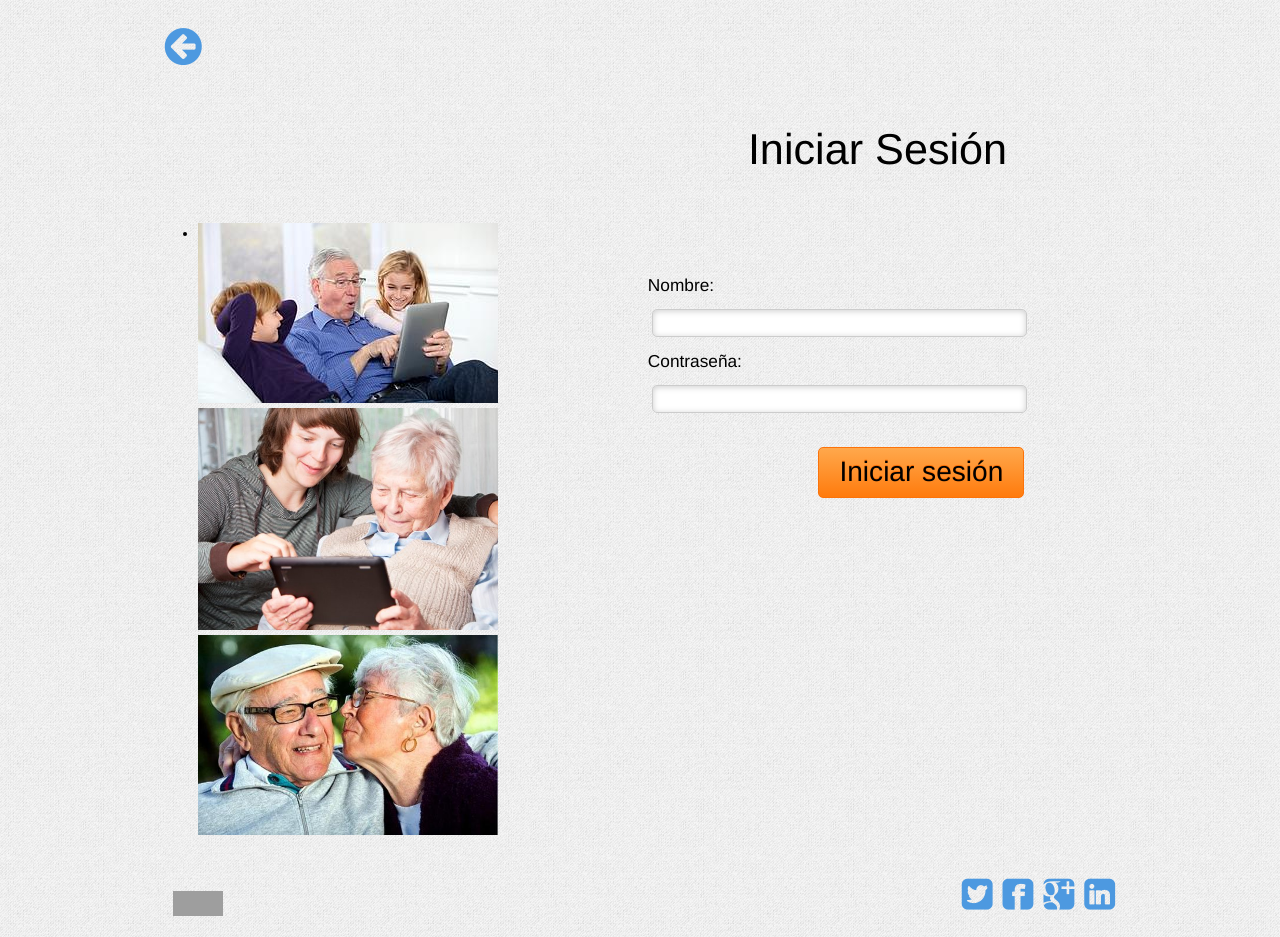
Repository: SCeruso/RememberMe
Page: iniciarSesion.html
The author's editor kept a record of every edit. The page is drawn from the files as they stood at one moment, then again after the next edit.
The browser window is 1280 px wide. The pictures show the whole page.
Pictures or frames that could not be fetched are drawn as grey boxes. Some web libraries are served in a nearby version.

Above is the page before.

### iniciarSesion.html
<!DOCTYPE html>
<html>
<head>
	<!-- META -->
	<title>HTML KickStart Elements</title>
	<meta charset="UTF-8">
	<meta name="viewport" content="width=device-width, initial-scale=1.0"/>
	<meta name="description" content="" />

	<!-- CSS -->
	<link rel="stylesheet" type="text/css" href="css/kickstart.css" media="all" />
	<link rel="stylesheet" type="text/css" href="style.css" media="all" />

	<!-- Javascript -->
	<script type="text/javascript" src="https://ajax.googleapis.com/ajax/libs/jquery/1.9.1/jquery.min.js"></script>
	<script type="text/javascript" src="js/kickstart.js"></script>
</head>
<body>
<div class="grid">
    <div class="col_12">
        <h2 class="left">
               <a href="bienvenido.html">
                  <i class="icon-circle-arrow-left"></i>
                </a>
        </h2>
    </div>
	<div class="col_12">
        <div class="col_6">
        </div>
        <div class="col_6">
            <h2 class="center">
                    <p>Iniciar Sesión</p>
            </h2>
         </div>
	</div>
    <div class="col_12">
        <div class="col_6">
            <ul class="slidershow">
                <li><img class="align-left" src="imagenes/domingo-saludable-mayores--300x180.jpg" width="300" height="250" />
                <li><img class="align-left" src="imagenes/chica_abuela.jpg" width="300" height="250" />
                <li><img class="align-left" src="galeria/pareja.jpg" width="300" height="250" />
            </ul>
            </p>
        </div>
        <br></br>
        <div class="col_6">
            <p>
                <h6><label for="nombre">Nombre:</label></h6>
                <input id="nombre" type="text" class="col_10"/>
            </p>
            <p>
                <h6><label for="email">Contraseña:</label></h6>
                <input id="contraseña" type="password" class="col_10" />
            </p>
            <div class="col_12">
                <div class="col_10">
                      <h5 style="margin-bottom:40px;" class="right">
                          <p><a class="large button orange" href="juegosde.html"><font color="black">Iniciar sesión</font></a></p>
                      </h5>
                 </div>
            </div>
        </div>
    </div>
    <div class="col_12">
        <div class="col_1">
            <br>
        <EMBED src = "imagenes/musica1.mp3" width="50" height = "25">
            </div>

        <h3 class="right">
            <a href = "http://www.twitter.com" target = "blank">
                <i class="icon-twitter-sign" title= "Twitter"></i></a>
            <a href = "http://www.facebook.com" target = "blank">
                <i class="icon-facebook-sign" title= "Facebook"></i></a>
            <a href = "http://www.google.com" target = "blank">
                <i class="icon-google-plus-sign" title= "Goole +"></i></a>
            <a href = "http://www.linkedin.com" target = "blank">
                <i class="icon-linkedin-sign" title= "Linkedin"></i></a>

        </h3>

    </div>
</div> <!-- End Grid -->
</body>
</html>

### style.css
/*
	99Lime.com HTML KickStart by Joshua Gatcke
	style.css

*/

/*---------------------------------
	IMPORTS
-----------------------------------*/
@import url(http://fonts.googleapis.com/css?family=Arimo:400,700);

/*---------------------------------
	OVERRIDES
-----------------------------------*/
h1,h2,h3,h4,h5,h6{
font-family: "Arimo", arial, verdana, sans-serif;
font-weight:normal;
}

thead th,
tbody th{
font-family: "Arimo", arial, verdana, sans-serif;
}

button,
a.btn,
input[type="submit"],
input[type="reset"],
input[type="button"]{
font-family: "Arimo", arial, verdana, sans-serif;
}

.menu{
font-family: "Arimo", arial, verdana, sans-serif;
}

blockquote{
font-family: "Arimo", arial, verdana, sans-serif;
}

/*---------------------------------
	LAYOUT
-----------------------------------*/
body{
margin:0;
padding:0 0 0 0;
color:#000;
/*background-repeat:repeat;*/
background:#efefef url(css/img/gray_jean.png);
/*background-size:cover;*/
/*background-image:url(css/img/gray_jean.png);*/
font:normal 0.9em/150% 'Arimo', arial, verdana, sans-serif;
text-shadow: 0 0 1px transparent; /* google font pixelation fix */
}

#wrap{
width:100%;
background:#fff;
margin:30px auto 30px auto;
padding:0 2%;
border:1px solid #ccc;
}


#footer{
text-align:center;
padding:20px;
margin:0;
border-top:1px solid #ddd;
color:#999;
font-size:0.8em;
text-shadow:0px 1px 1px #fff;
position: relative;
top:0;
left:0;
background:#fff;
}

	#link-top{
	display:none;
	}

/* NAV BAR*/
.navbar{
position:fixed;
top:0;
left:0;
width: 100%;
background:#000;
color:#fff;
z-index:1000;
}

	.navbar #logo{
	position:absolute;
	top:0;
	right:0;
	padding:0.5em 1em;
	font-size: 1.7em;
	color:#efefef;
	text-decoration:none;
	}

	.navbar span{
	color:#86dc00;
	}


	.navbar ul{
	display:inline-block;
	margin:0;
	padding:0;
	}

		.navbar li{
		margin:0;
		padding:0;
		list-style-type:0;
		display:inline-block;
		}

		.navbar li a{
		display:inline-block;
		color:#efefef;
		padding:1em 1.3em;
		text-decoration:none;
		text-transform: uppercase;
		line-height:100%;
		font-size: 1.2em;
		}

.callout{
background:#4598ef;/*#86dc00;*/
padding:3em 0;
color:#fff;
box-shadow:inset 0 0 10px rgba(0,0,0,0.2);
text-align: center;
text-shadow:0px 1px 3px rgba(0,0,0,0.2);
display:block;
}
	.callout + div.grid{margin-top:50px;}
	 a.callout{cursor:pointer;}
	 .callout i.icon-4x{font-size:6em;}
	 .callout h4{margin-bottom:30px;}
	 .callout-top{margin:50px 0 0 0;}
	 .callout p{margin-bottom:0;}
	 .callout .button{margin-top:10px;}
	 .callout.green{background:#19ad0b;/*#86dc00;*/}

#mc_embed_signup{
padding:30px 0;
}

#ui-preview{
border:5px solid #ddd;
margin:30px 0;
display:block;
}

### css/kickstart-forms.css
/*---------------------------------
	FORMS
-----------------------------------*/
form{
padding:0;
margin:0;
}

fieldset{
margin:30px 0 20px 0;
padding:5px 15px 15px 15px;
border:1px solid #ccc;
background:#f5f5f5;
-moz-border-radius:5px;
-webkit-border-radius:5px;
border-radius:5px;
position: relative;
top:0;
left:0;
}

	legend{
	-moz-border-radius:5px;
	-webkit-border-radius:5px;
	border-radius:5px;
	border:1px solid #ccc;
	background:#f5f5f5;
	padding:2px 10px;
	margin:0 0 0 0;
	display:block;
	position: relative;
	top:0;
	left:0;
	}

	/*IE ONLY - I know, this is a stop gap*/
	.msie fieldset{padding-top:25px;}
	.msie legend{position:absolute;top:-0.7em;left:10px;}

label{
display:inline-block;
*display:inline;
vertical-align: middle;
margin:0;
padding:0;
position:relative;
top:0;
left:0;
zoom:1;
-moz-box-sizing: border-box;
-webkit-box-sizing: border-box;
box-sizing: border-box;
}

	label.inline{
	display:inline;
	margin:0;
	}

	label span{
	color:#999;
	font-size:0.9em;
	}

	label span.right{
	position:absolute;
	bottom:0;
	right:0;
	text-align:right;
	display:inline-block;
	*display:inline;
	}

	label.disabled{
	color:#ccc;
	}

input{
display:inline-block;
*display:inline;
vertical-align: middle;
width:auto;
zoom:1;
margin:0;
border:1px solid #ccc;
font-size:1em;
padding:5px 0;
text-indent: 5px;
-moz-border-radius:5px;
-webkit-border-radius:5px;
border-radius:5px;
background:#fff;
-moz-box-shadow:inset 0 0 6px #ccc;
-webkit-box-shadow:inset 0 1px 6px #ccc;
box-shadow:inset 0 1px 6px #ccc;
-moz-box-sizing: border-box;
-webkit-box-sizing: border-box;
box-sizing: border-box;
}

	input::-webkit-input-placeholder,
	input:-moz-placeholder,
	.placeholder{
	color:#bbb;
	}

	input::-moz-focus-inner {border:0;}

	input[disabled="disabled"], input.disabled{
	color:#999;
	background:#f5f5f5;
	-moz-box-shadow:inset 0 0 2px #ddd;
	-webkit-box-shadow:inset 0 1px 2px #ddd;
	box-shadow:inset 0 1px 2px #ddd;
	}

	/* FOCUS STATES */
	input[type="text"]:focus,
	textarea:focus,
	button:focus,
	a.button:focus,
	select:focus,
	input[type="file"]:focus,
	input[type="password"]:focus{
	-webkit-box-shadow: 0 0 7px #6DB9FF;
	-moz-box-shadow   : 0 0 7px #6DB9FF;
	box-shadow        : 0 0 7px #6DB9FF;
	border: 1px solid #50B1FE;
	outline: none;
	}

	/* TRANSITION */
	input[type="text"],
	textarea,
	button,
	a.button,
	a,
	input[type="file"]{
	-moz-transition: -moz-box-shadow 0.5s, border 0.5s, background 0.5s;
	-webkit-transition: -webkit-box-shadow 0.5s, border 0.5s, background 0.5s;
	-o-transition:  box-shadow 0.5s, border 0.5s, background 0.5s;
	transition: box-shadow 0.5s, border 0.5s, background 0.5s;
	}

input.checkbox,
input[type="checkbox"]{
display:inline;
width:auto;
margin:0;
padding:0;
border:0;
background:none;
vertical-align:center;
*vertical-align: top;
}

input.radio,
input[type="radio"]{
display:inline;
width:auto;
margin:0;
padding:0;
border:0;
background:none;
vertical-align:center;
*vertical-align: top;
}

	input[type="radio"]:focus,
	input[ type="checkbox"]:focus{
	-webkit-box-shadow: 0 0 5px #6DB9FF;
	-moz-box-shadow   : 0 0 5px #6DB9FF;
	box-shadow        : 0 0 5px #6DB9FF;
	outline-color: #6DB9FF;
	}

input.file,
input[type="file"]{
/*font-size:0.8em;*/
-moz-box-shadow:none;
-webkit-box-shadow:none;
box-shadow:none;
border:none;
}

select{
display:inline;
width:auto;
margin:0;
border:1px solid #ccc;
line-height:100%;
padding:3px;
vertical-align: middle;
}

        select[disabled="disabled"], select.disabled{
        color:#999;
        background:#f5f5f5;
        -moz-box-shadow:inset 0 0 2px #ddd;
        -webkit-box-shadow:inset 0 1px 2px #ddd;
        box-shadow:inset 0 1px 2px #ddd;
        }

textarea{
width:auto;
height:200px;
margin:0;
border:1px solid #ccc;
padding:5px;
vertical-align: middle;
font-family:inherit;
font-size:0.9em;
-moz-border-radius:5px;
-webkit-border-radius:5px;
border-radius:5px;
-moz-box-shadow:inset 0 0 6px #ccc;
-webkit-box-shadow:inset 0 1px 6px #ccc;
box-shadow:inset 0 1px 6px #ccc;
-moz-box-sizing: border-box;
-webkit-box-sizing: border-box;
box-sizing: border-box;
}

/*---------------------------------
	COLUMN SIZES
-----------------------------------*/

/* sizes */
input[class*="col_"],
select[class*="col_"],
label[class*="col_"]{
float:none;display:inline-block;*display:inline;margin-bottom:0;
*margin-left: 0.5%;*margin-right: 0.5%;/* this is for IE 7 Only and is not a good fix - work needed here */
}

/*---------------------------------
	FORMS VERTICAL
-----------------------------------*/
form.vertical{

}

	form.vertical label{display:block;}
	form.vertical input,
	form.vertical select,
	form.vertical textarea{width:100%;display:block;margin-bottom:10px;}
	form.vertical .chzn-container{display:block;margin-bottom:10px;}
	form.vertical .chzn-choices{display:block;margin-bottom:10px;}

	/* radios & checks */
	form.vertical input.checkbox,
	form.vertical input[type="checkbox"],
	form.vertical input.radio,
	form.vertical input[type="radio"],
	form.vertical label.inline{display:inline;width:auto;margin:0;}
/*---------------------------------
	FORM VALIDATION
-----------------------------------*/
label.error{color:red;}
input.error{border:1px solid red;}
select.error{border:1px solid red;}

/*---------------------------------
	NOTICES
-----------------------------------*/
.notice{
border:1px solid gold;
background:lightyellow;
padding:10px 20px 10px 40px;
margin:10px 0;
-moz-border-radius:5px;
-webkit-border-radius:5px;
border-radius:5px;
color:#DEAE00;
line-height:120%;
vertical-align: center;
text-shadow:0px 1px rgba(255,255,255,0.5);
position:relative;
top:0;
left:0;
clear:both;
}

	.notice.warning{}/*default*/
	.notice.error{border:1px solid red;background:pink;color:red;}
	.notice.success{border:1px solid green;background:lightgreen;color:green;}
	.notice i[class^='icon-']{position:absolute;top:50%;left:0.8em;margin-top:-0.6em;}
	.notice a[class^='icon-remove'],
	.notice a[class^='icon-remove']:active,
	.notice a[class^='icon-remove']:visited{font-size:12px;position:absolute;top:5px;right:5px;left:auto;color:inherit;margin-top:0;left:auto;}

### css/kickstart-grid.css
/*
	99Lime.com HTML KickStart by Joshua Gatcke
	kickstart-grids.css

	DO NOT EDIT THIS FILE unless you know what you are doing.
*/
/*---------------------------------
	GRID/COLUMNS
-----------------------------------
	tinyfluidgrid.com
	& girlfriendnyc.com
	with changes by 99Lime
-----------------------------------*/
 /*
 & Columns : 12
 & Gutter %: 20%
 & MaxWidth: 1280px
 */

.grid{
max-width:1220px;
margin:0 auto;
padding:0 2em;
}

.grid.flex{
width:100%;
max-width:100%;
padding:0 2%;
padding:2em;
}

.row{
display:block;
overflow:hidden;
clear:both;
}

*[class*="col_"].alpha{margin-left:0;}
*[class*="col_"].omega{margin-right:0;}

.col_1  { width: 6.6666666666667%; }
.col_2  { width: 15%; }
.col_3  { width: 23.333333333333%; }
.col_4  { width: 31.666666666667%; }
.col_5  { width: 40%; }
.col_6  { width: 48.333333333333%; }
.col_7  { width: 56.666666666667%; }
.col_8  { width: 65%; }
.col_9  { width: 73.333333333333%; }
.col_10 { width: 81.666666666667%; }
.col_11 { width: 90%; }
.col_12 { width: 98.333333333333%; }

*[class*="col_"]{
margin-left: 0.83333333333333%;
margin-right: 0.83333333333333%;
margin-top:0.5em;
margin-bottom:0.5em;
float: left;
display: block;
}

.grid img{
max-width: 100%;
height:auto;
}

.clear{clear:both;display:block;overflow:hidden;visibility:hidden;width:0;height:0}
.clearfix:after{clear:both;content:' ';display:block;font-size:0;line-height:0;visibility:hidden;width:0;height:0}
* html .clearfix, *:first-child+html .clearfix{zoom:1}

/* Viewable Grids
	To view your grids, add the class .visible to any grid container.
	This will add a background color so you can see the layout of your grids.
*/
*[class*="col_"].visible{
background:#eee;
border:1px dotted #ccc;
}


/*---------------------------------
	Responsive Grid Media Queries - 1280, 1024, 768, 480
	1280-1024 	- desktop (default grid)
	1024-768 	- tablet landscape
	768-480 	- tablet
	480-less 	- phone landscape & smaller
-----------------------------------*/
@media all and (min-width: 1024px) and (max-width: 1280px) {

	.grid *[class*="col_"]{}
	.grid{max-width: 1024px;}
	.show-desktop	{display:block;}
	.hide-desktop	{display:none;}
	.show-tablet	{display:none;}
	.hide-tablet	{display:block;}
	.show-phone		{display:none;}
	.hide-phone		{display:block;}

}

@media all and (min-width: 768px) and (max-width: 1024px) {

	.grid *[class*="col_"]{}
	.grid{max-width: 768px;}
	.show-desktop	{display:none;}
	.hide-desktop	{display:block;}
	.show-tablet	{display:block;}
	.hide-tablet	{display:none;}
	.show-phone		{display:none;}
	.hide-phone		{display:block;}

}


@media all and (min-width: 480px) and (max-width: 768px) {

	.grid *[class*="col_"]{
	float:none;
	width:auto;
	clear:both;
	display:block;
	}

	/* columns inside of columns */
	.grid *[class*="col_"] [class*="col_"]{
	margin-left:0;
	margin-right:0;
	width:100%;
	}

	.grid{max-width: 480px;}
	.show-desktop	{display:none;}
	.hide-desktop	{display:block;}
	.show-tablet	{display:block;}
	.hide-tablet	{display:none;}
	.show-phone		{display:none;}
	.hide-phone		{display:block;}

}

@media all and (max-width: 480px) {

	.grid *[class*="col_"]{
	float:none;
	width:auto;
	clear:both;
	display:block;
	}

	/* columns inside of columns */
	.grid *[class*="col_"] [class*="col_"]{
	margin-left:0;
	margin-right:0;
	width:100%;
	}

	.grid{max-width: 100%;/*320*/}
	.show-desktop	{display:none;}
	.hide-desktop	{display:block;}
	.show-tablet	{display:none;}
	.hide-tablet	{display:block;}
	.show-phone		{display:block;}
	.hide-phone		{display:none;}

}

### css/kickstart-slideshow.css
/*---------------------------------
	SLIDESHOW2 - Slight Fixes for the slideshow layout *needs work
-----------------------------------*/

	.slideshow{
	clear:both;
	margin:0;
	padding:0;
	width:auto;
	height:auto;
	overflow:hidden;
	}

		.slideshow li{
		list-style-type:none;
		margin:0;
		padding:0;
		float:left;
		display:block;
		}

/**
 * BxSlider v4.0 - Fully loaded, responsive content slider
 * http://bxslider.com
 *
 * Written by: Steven Wanderski, 2012
 * http://stevenwanderski.com
 * (while drinking Belgian ales and listening to jazz)
 *
 * CEO and founder of bxCreative, LTD
 * http://bxcreative.com
 */


/** RESET AND LAYOUT
===================================*/
.bx-wrapper, .bx-wrapper *{
	-webkit-box-sizing: content-box; /* Safari/Chrome, other WebKit */
  	-moz-box-sizing: content-box;    /* Firefox, other Gecko */
  	box-sizing: content-box;         /* Opera/IE 8+ */
}

.bx-wrapper {
	position: relative;
	margin: 0 0 60px;
	padding: 0;
	*zoom: 1;
}

.bx-wrapper img {
	width: 100%;
	display: block;
}

/** THEME
===================================*/

.bx-wrapper .bx-viewport {
	-moz-box-shadow: 0 0 5px #ccc;
	-webkit-box-shadow: 0 0 5px #ccc;
	box-shadow: 0 0 5px #ccc;
	border: solid #fff 5px;
	left: 0;
	background: #fff;
}

.bx-wrapper .bx-pager,
.bx-wrapper .bx-controls-auto {
	position: absolute;
	bottom: -30px;
	width: 100%;
}

/* LOADER */

.bx-wrapper .bx-loading {
	min-height: 50px;
	background: url(img/bx_loader.gif) center center no-repeat #fff;
	height: 100%;
	width: 100%;
	position: absolute;
	top: 0;
	left: 0;
	z-index: 2000;
}

/* PAGER */

.bx-wrapper .bx-pager {
	text-align: center;
	font-size: .85em;
	font-family: Arial;
	font-weight: bold;
	color: #666;
	padding-top: 20px;
}

.bx-wrapper .bx-pager .bx-pager-item,
.bx-wrapper .bx-controls-auto .bx-controls-auto-item {
	display: inline-block;
	*zoom: 1;
	*display: inline;
}

.bx-wrapper .bx-pager.bx-default-pager a {
	background: #666;
	text-indent: -9999px;
	display: block;
	width: 10px;
	height: 10px;
	margin: 0 5px;
	outline: 0;
	-moz-border-radius: 5px;
	-webkit-border-radius: 5px;
	border-radius: 5px;
}

.bx-wrapper .bx-pager.bx-default-pager a:hover,
.bx-wrapper .bx-pager.bx-default-pager a.active {
	background: #000;
}

/* DIRECTION CONTROLS (NEXT / PREV) */

.bx-wrapper .bx-prev {
	left: 10px;
	background: url(img/controls.png) no-repeat 0 -32px;
}

.bx-wrapper .bx-next {
	right: 10px;
	background: url(img/controls.png) no-repeat -43px -32px;
}

.bx-wrapper .bx-prev:hover {
	background-position: 0 0;
}

.bx-wrapper .bx-next:hover {
	background-position: -43px 0;
}

.bx-wrapper .bx-controls-direction a {
	position: absolute;
	top: 50%;
	margin-top: -16px;
	outline: 0;
	width: 32px;
	height: 32px;
	text-indent: -9999px;
	z-index: 9999;
}

.bx-wrapper .bx-controls-direction a.disabled {
	display: none;
}

/* AUTO CONTROLS (START / STOP) */

.bx-wrapper .bx-controls-auto {
	text-align: center;
}

.bx-wrapper .bx-controls-auto .bx-start {
	display: block;
	text-indent: -9999px;
	width: 10px;
	height: 11px;
	outline: 0;
	background: url(img/controls.png) -86px -11px no-repeat;
	margin: 0 3px;
}

.bx-wrapper .bx-controls-auto .bx-start:hover,
.bx-wrapper .bx-controls-auto .bx-start.active {
	background-position: -86px 0;
}

.bx-wrapper .bx-controls-auto .bx-stop {
	display: block;
	text-indent: -9999px;
	width: 9px;
	height: 11px;
	outline: 0;
	background: url(img/controls.png) -86px -44px no-repeat;
	margin: 0 3px;
}

.bx-wrapper .bx-controls-auto .bx-stop:hover,
.bx-wrapper .bx-controls-auto .bx-stop.active {
	background-position: -86px -33px;
}

/* PAGER WITH AUTO-CONTROLS HYBRID LAYOUT */

.bx-wrapper .bx-controls.bx-has-controls-auto.bx-has-pager .bx-pager {
	text-align: left;
	width: 80%;
}

.bx-wrapper .bx-controls.bx-has-controls-auto.bx-has-pager .bx-controls-auto {
	right: 0;
	width: 35px;
}

/* IMAGE CAPTIONS */

.bx-wrapper .bx-caption {
	position: absolute;
	bottom: 0;
	left: 0;
	background: #666\9;
	background: rgba(80, 80, 80, 0.75);
	width: 100%;
}

.bx-wrapper .bx-caption span {
	color: #fff;
	font-family: Arial;
	display: block;
	font-size: .85em;
	padding: 10px;
}

### css/tiptip.css
/*
	TipTip CSS - Version 1.2
	http://code.drewwilson.com/entry/tiptip-jquery-plugin
*/

#tiptip_holder { display: none; position: absolute; top: 0; left: 0; z-index: 99999; }
#tiptip_holder.tip_top { padding-bottom: 5px; }
#tiptip_holder.tip_bottom { padding-top: 5px; }
#tiptip_holder.tip_right { padding-left: 5px; }
#tiptip_holder.tip_left { padding-right: 5px; }

#tiptip_content {
font-size: 11px;
color: #fff;
text-shadow: 0 0 2px #000;
padding: 4px 8px;
border: 1px solid rgba(255,255,255,0.25);
background:#212121;
background-color: rgba(25,25,25,0.92);
background-image: -webkit-gradient(linear, 0% 0%, 0% 100%, from(transparent), to(#000));
-webkit-border-radius: 3px;
-moz-border-radius: 3px;
border-radius: 3px;
-webkit-box-shadow: 0 0 3px #555;
-moz-box-shadow: 0 0 3px #555;
box-shadow: 0 0 3px #555;
*background:#212121;
}

#tiptip_arrow, #tiptip_arrow_inner {
position: absolute;
border-color: transparent;
border-style: solid;
border-width: 6px;
height: 0;
width: 0;
}

#tiptip_holder.tip_top #tiptip_arrow {
border-top-color: #fff;
border-top-color: rgba(255,255,255,0.35);
}

#tiptip_holder.tip_bottom #tiptip_arrow {
border-bottom-color: #fff;
border-bottom-color: rgba(255,255,255,0.35);
}

#tiptip_holder.tip_right #tiptip_arrow {
border-right-color: #fff;
border-right-color: rgba(255,255,255,0.35);
}

#tiptip_holder.tip_left #tiptip_arrow {
border-left-color: #fff;
border-left-color: rgba(255,255,255,0.35);
}

#tiptip_holder.tip_top #tiptip_arrow_inner {
margin-top: -7px;
margin-left: -6px;
border-top-color: rgb(25,25,25);
border-top-color: rgba(25,25,25,0.92);
}

#tiptip_holder.tip_bottom #tiptip_arrow_inner {
margin-top: -5px;
margin-left: -6px;
border-bottom-color: rgb(25,25,25);
border-bottom-color: rgba(25,25,25,0.92);
}

#tiptip_holder.tip_right #tiptip_arrow_inner {
margin-top: -6px;
margin-left: -5px;
border-right-color: rgb(25,25,25);
border-right-color: rgba(25,25,25,0.92);
}

#tiptip_holder.tip_left #tiptip_arrow_inner {
margin-top: -6px;
margin-left: -7px;
border-left-color: rgb(25,25,25);
border-left-color: rgba(25,25,25,0.92);
}

/* Webkit Hacks  */
@media screen and (-webkit-min-device-pixel-ratio:0) {
	#tiptip_content {
		padding: 4px 8px 5px 8px;
		background-color: rgba(45,45,45,0.88);
	}
	#tiptip_holder.tip_bottom #tiptip_arrow_inner {
		border-bottom-color: rgba(45,45,45,0.88);
	}
	#tiptip_holder.tip_top #tiptip_arrow_inner {
		border-top-color: rgba(20,20,20,0.92);
	}
}

Loaded but not shown: css/jquery.fancybox-1.3.4.css (library); css/prettify.css (common file); css/fonts/fontawesome/css/font-awesome.min.css (library); js/kickstart.js (424 lines, source omitted); css/kickstart-buttons.css (369 lines, source omitted); css/kickstart.css (508 lines, source omitted); css/kickstart-menus.css (180 lines, source omitted)

After the next edit:
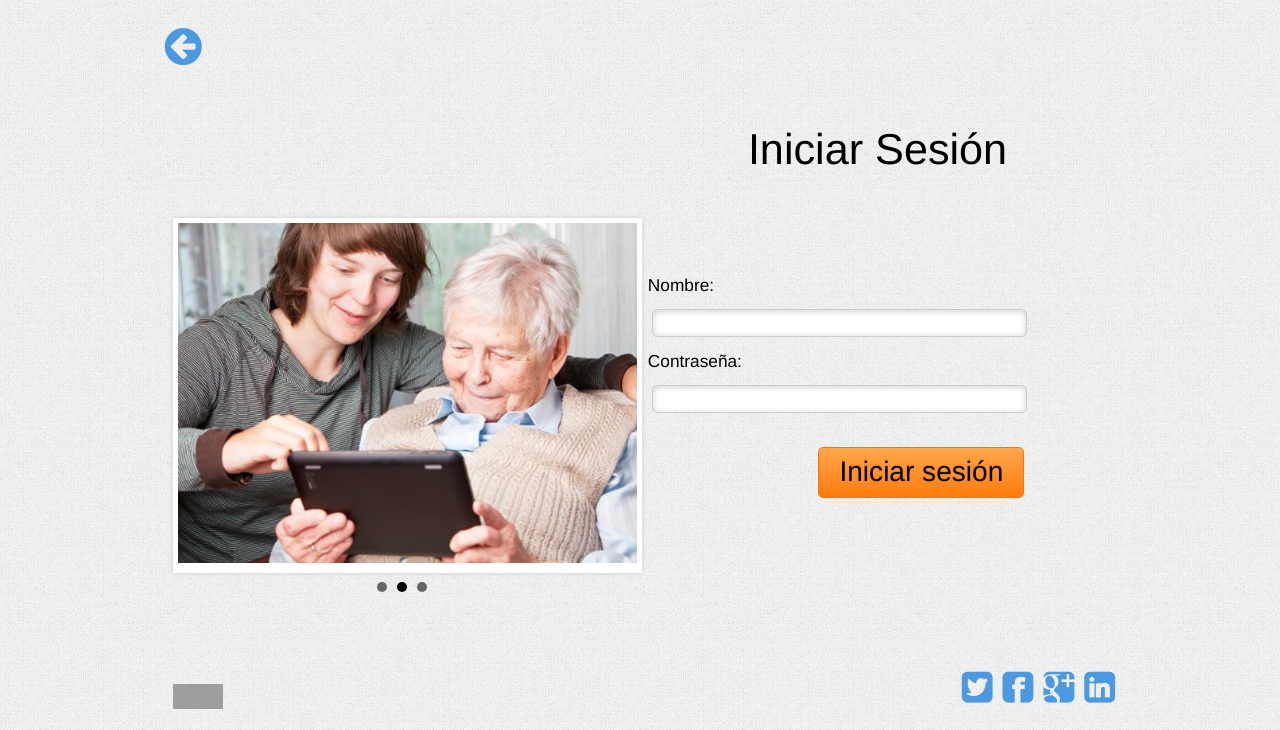
The edit:
--- a/iniciarSesion.html
+++ b/iniciarSesion.html
@@ -35,7 +35,7 @@
 	</div>
     <div class="col_12">
         <div class="col_6">
-            <ul class="slidershow">
+            <ul class="slideshow">
                 <li><img class="align-left" src="imagenes/domingo-saludable-mayores--300x180.jpg" width="300" height="250" />
                 <li><img class="align-left" src="imagenes/chica_abuela.jpg" width="300" height="250" />
                 <li><img class="align-left" src="galeria/pareja.jpg" width="300" height="250" />
